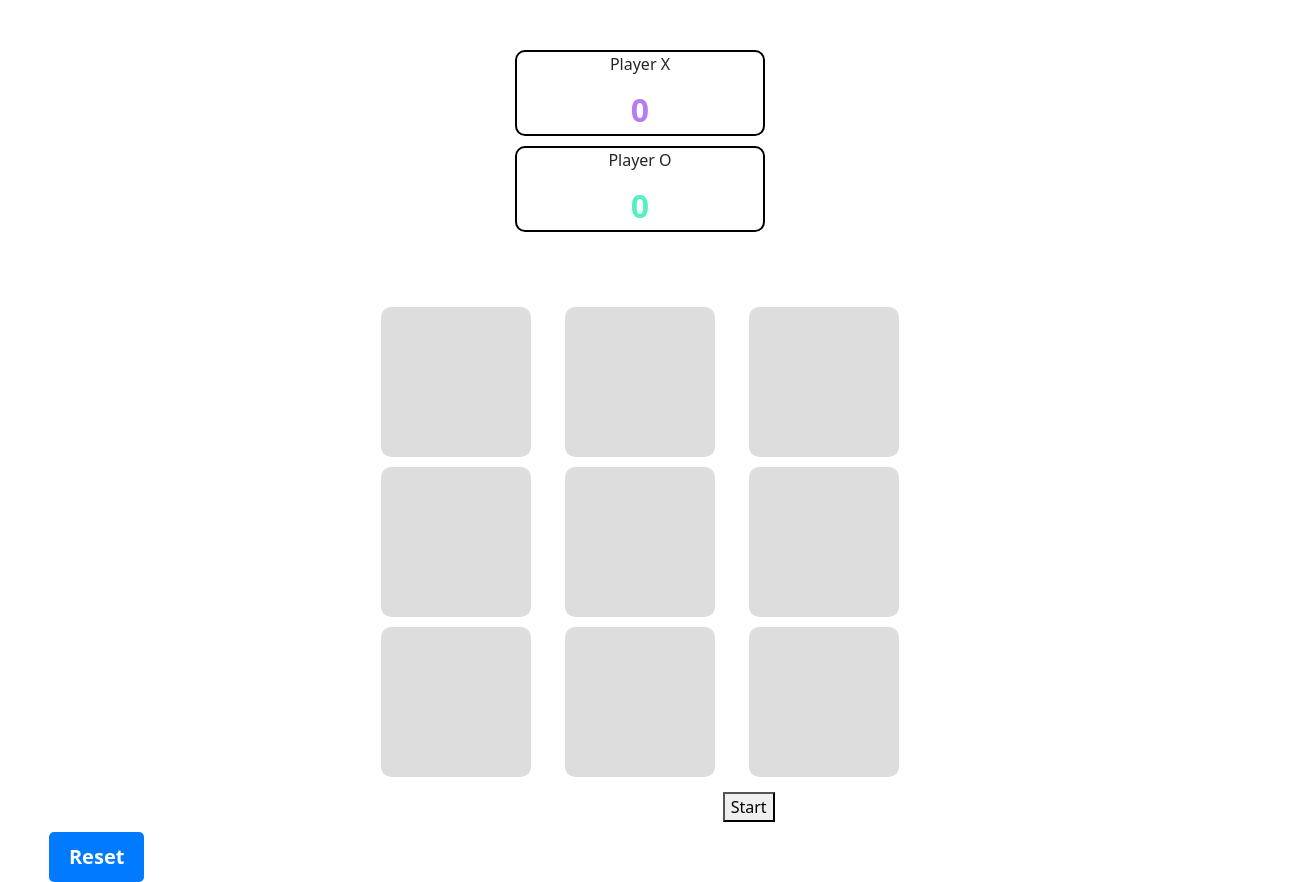
Repository: woodsdeshe/Tic-Tac-Toe
Page: index.html
The author's editor kept a copy of each file at every save. The page is drawn from the files as they stood at one save, then again after the next save.
The browser window is 1280 px wide. The page is 1292 px wide, so the pictures cover 1292 px, including what lies to the right of the window. The pictures show the whole page.

Above is the page before, as saved 2023-03-31 21:12:47.

After the next save:
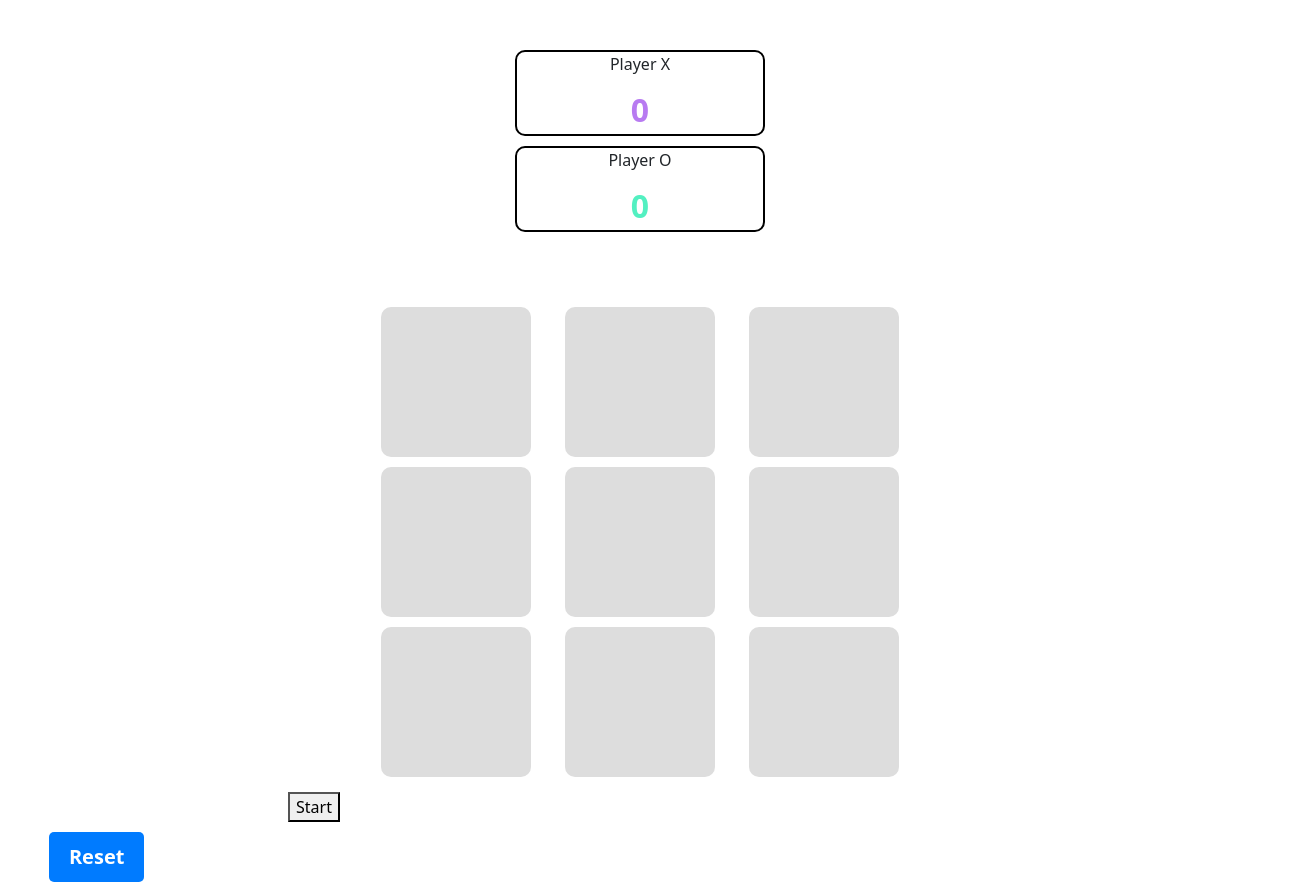
Saved 7 s later.
--- a/index.html
+++ b/index.html
@@ -68,7 +68,7 @@
             <button class="reset-btn">Reset</button>
           </div>
         </div>
-        <div class="col"> <div class="start">
+        <div class="col-2"> <div class="start">
           <button class="startBtn">Start</button>
         </div></div>
 
